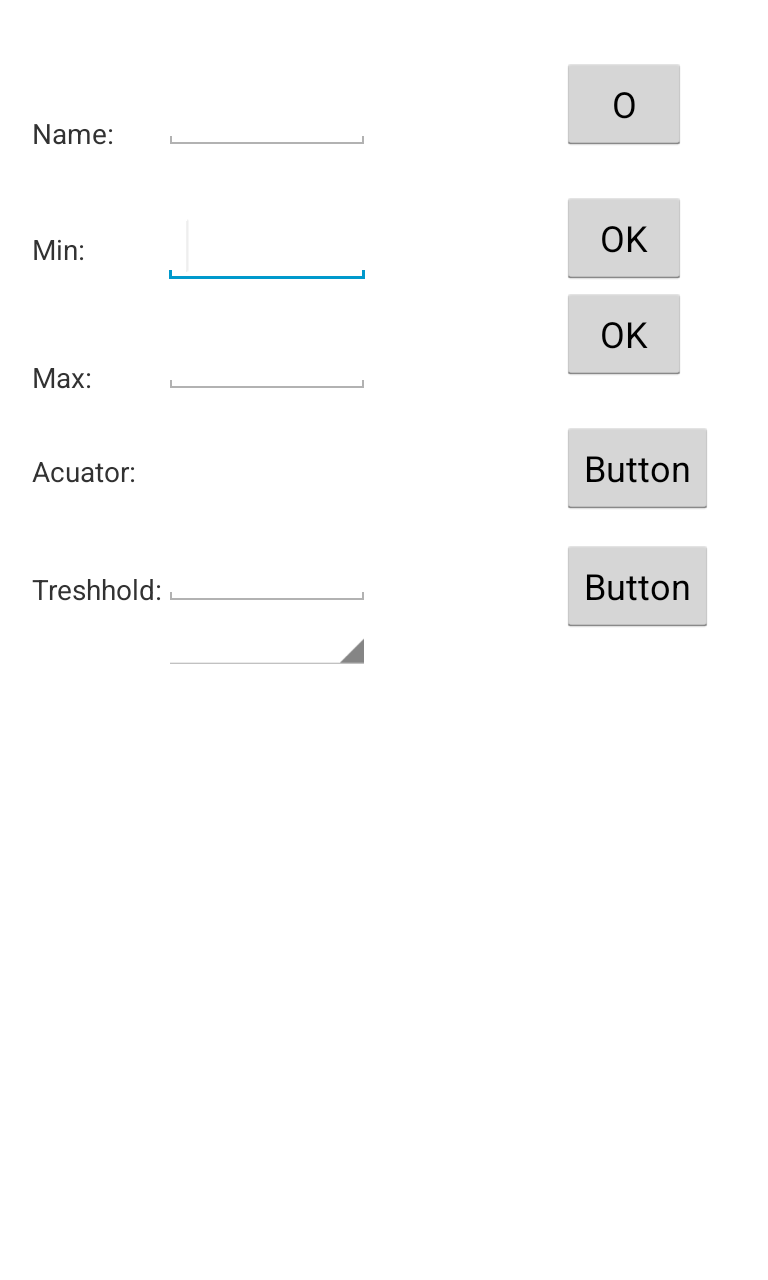
Repository: CTIS-SP-Team5/greenAgent
Layout: Android/GreenAgent/GreenAgent/res/layout/activity_view_setting.xml
The author's editor kept a copy of each file at every save. The layout is drawn from the files as they stood at one save, then again after the next save.
It is drawn on a 768 x 1280 px phone screen (xhdpi) without system bars, with theme AppTheme; the app's code is not run.

Above is the layout before, as saved 2014-05-05 18:15:59.

### Android/GreenAgent/GreenAgent/res/layout/activity_view_setting.xml
<RelativeLayout xmlns:android="http://schemas.android.com/apk/res/android"
    xmlns:tools="http://schemas.android.com/tools"
    android:layout_width="match_parent"
    android:layout_height="match_parent"
    android:paddingBottom="@dimen/activity_vertical_margin"
    android:paddingLeft="@dimen/activity_horizontal_margin"
    android:paddingRight="@dimen/activity_horizontal_margin"
    android:paddingTop="@dimen/activity_vertical_margin"
    tools:context=".ViewSettingActivity" >

    <TextView
        android:id="@+id/textView5"
        android:layout_width="wrap_content"
        android:layout_height="wrap_content"
        android:layout_alignLeft="@+id/textView4"
        android:layout_below="@+id/textView4"
        android:layout_marginTop="40dp"
        android:text="Treshhold:" />

    <TextView
        android:id="@+id/textView4"
        android:layout_width="wrap_content"
        android:layout_height="wrap_content"
        android:layout_alignLeft="@+id/textView3"
        android:layout_below="@+id/editText3"
        android:layout_marginTop="28dp"
        android:text="Acuator:" />

    <TextView
        android:id="@+id/textView3"
        android:layout_width="wrap_content"
        android:layout_height="wrap_content"
        android:layout_alignLeft="@+id/textView1"
        android:layout_below="@+id/editText2"
        android:layout_marginTop="36dp"
        android:text="Max:" />

    <TextView
        android:id="@+id/textView1"
        android:layout_width="wrap_content"
        android:layout_height="wrap_content"
        android:layout_alignLeft="@+id/textView2"
        android:layout_below="@+id/textView2"
        android:layout_marginTop="39dp"
        android:text="Min:" />

    <TextView
        android:id="@+id/textView2"
        android:layout_width="wrap_content"
        android:layout_height="wrap_content"
        android:layout_alignParentTop="true"
        android:layout_marginTop="41dp"
        android:text="Name:" />

    <EditText
        android:id="@+id/editText1"
        android:layout_width="wrap_content"
        android:layout_height="wrap_content"
        android:layout_alignBottom="@+id/textView2"
        android:layout_toRightOf="@+id/textView5"
        android:ems="5" />

    <EditText
        android:id="@+id/editText2"
        android:layout_width="wrap_content"
        android:layout_height="wrap_content"
        android:layout_alignBaseline="@+id/textView1"
        android:layout_alignBottom="@+id/textView1"
        android:layout_alignLeft="@+id/editText1"
        android:ems="5" >

        <requestFocus />
    </EditText>

    <EditText
        android:id="@+id/editText3"
        android:layout_width="wrap_content"
        android:layout_height="wrap_content"
        android:layout_alignBottom="@+id/textView3"
        android:layout_alignLeft="@+id/editText2"
        android:ems="5" />

    <EditText
        android:id="@+id/editText5"
        android:layout_width="wrap_content"
        android:layout_height="wrap_content"
        android:layout_alignBottom="@+id/textView5"
        android:layout_toRightOf="@+id/textView5"
        android:ems="5" />

    <Spinner
        android:id="@+id/spinner1"
        android:layout_width="wrap_content"
        android:layout_height="wrap_content"
        android:layout_alignLeft="@+id/editText5"
        android:layout_alignRight="@+id/editText5"
        android:layout_centerVertical="true" />

    <Button
        android:id="@+id/button3"
        android:layout_width="wrap_content"
        android:layout_height="wrap_content"
        android:layout_alignRight="@+id/button2"
        android:layout_below="@+id/button2"
        android:text="OK" />

    <Button
        android:id="@+id/button2"
        android:layout_width="wrap_content"
        android:layout_height="wrap_content"
        android:layout_alignBottom="@+id/editText2"
        android:layout_alignLeft="@+id/button1"
        android:text="OK" />

    <Button
        android:id="@+id/button1"
        android:layout_width="wrap_content"
        android:layout_height="wrap_content"
        android:layout_alignBottom="@+id/editText1"
        android:layout_alignParentRight="true"
        android:layout_marginRight="24dp"
        android:text="O" />

    <Button
        android:id="@+id/button4"
        android:layout_width="wrap_content"
        android:layout_height="wrap_content"
        android:layout_alignBaseline="@+id/textView4"
        android:layout_alignBottom="@+id/textView4"
        android:layout_alignLeft="@+id/button3"
        android:text="Button" />

    <Button
        android:id="@+id/button5"
        android:layout_width="wrap_content"
        android:layout_height="wrap_content"
        android:layout_alignBaseline="@+id/textView5"
        android:layout_alignBottom="@+id/textView5"
        android:layout_alignLeft="@+id/button4"
        android:text="Button" />

</RelativeLayout>

Loaded but not shown: Android/GreenAgent/GreenAgent/res/values/styles.xml (common file); Android/GreenAgent/GreenAgent/res/values-v11/styles.xml (common file); Android/GreenAgent/GreenAgent/res/values-v14/styles.xml (common file); Android/GreenAgent/GreenAgent/res/values/dimens.xml (common file)

After the next save:
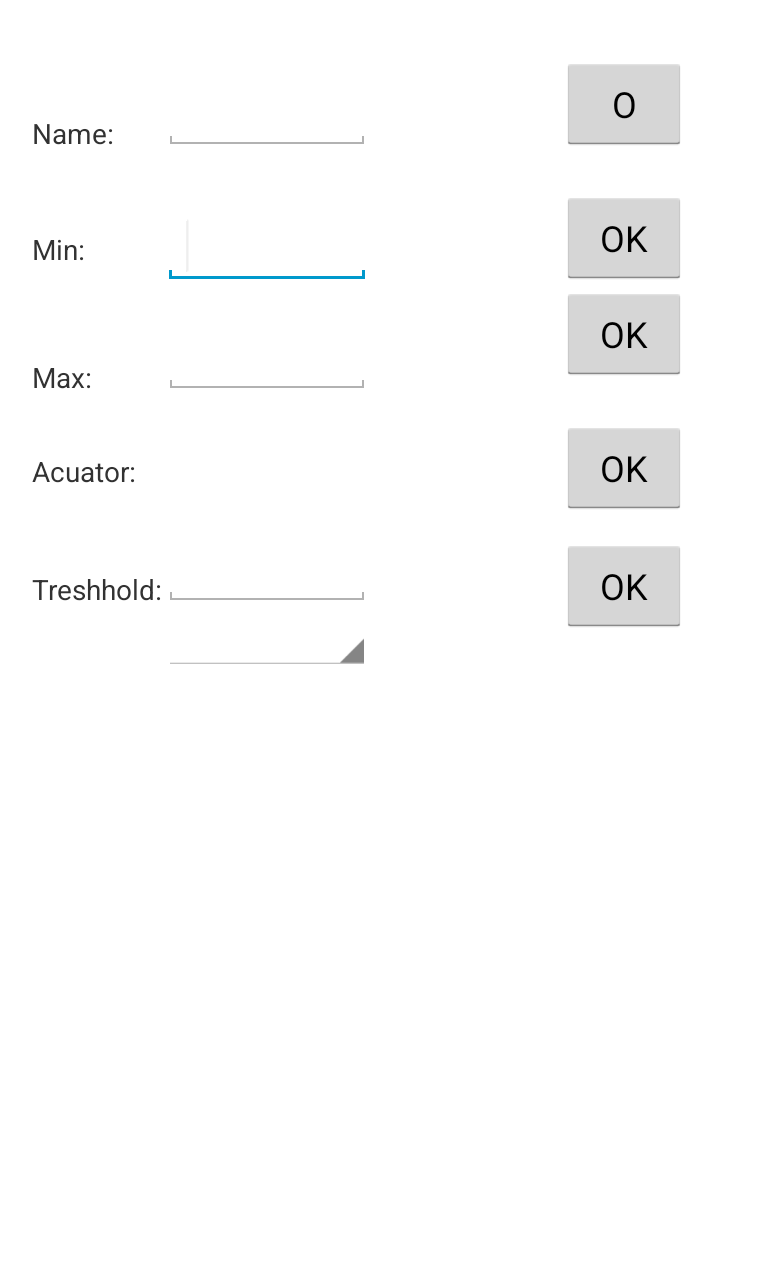
Saved 25 s later.
--- a/Android/GreenAgent/GreenAgent/res/layout/activity_view_setting.xml
+++ b/Android/GreenAgent/GreenAgent/res/layout/activity_view_setting.xml
@@ -128,7 +128,7 @@
         android:layout_alignBaseline="@+id/textView4"
         android:layout_alignBottom="@+id/textView4"
         android:layout_alignLeft="@+id/button3"
-        android:text="Button" />
+        android:text="OK" />
 
     <Button
         android:id="@+id/button5"
@@ -137,6 +137,6 @@
         android:layout_alignBaseline="@+id/textView5"
         android:layout_alignBottom="@+id/textView5"
         android:layout_alignLeft="@+id/button4"
-        android:text="Button" />
+        android:text="OK" />
 
 </RelativeLayout>
